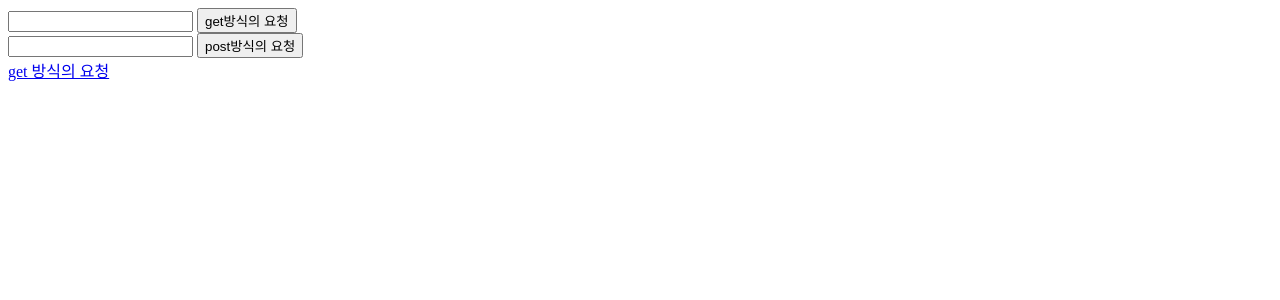
Repository: kimwoongasd/JSPAndServlet
Page: http://localhost/day1222/
The author's editor kept a copy of each file at every save. The page is drawn from the files as they stood at one save, then again after the next save.
The browser window is 1280 px wide. The pictures show the whole page.
The page is served by Tomcat 9. Other server files are loaded and not shown.

Above is the page before, as saved 2023-12-22 06:48:34.

### day1222/src/main/webapp/index.jsp
<%@ page language="java" contentType="text/html; charset=UTF-8"
    pageEncoding="UTF-8"%>
<!DOCTYPE html>
<html>
<head>
<meta charset="UTF-8">
<title>Insert title here</title>
</head>
<body>
	<form action="hello" method="get">
		<input type="text" name="title">
		<input type="submit" value="get방식의 요청">
	</form>
	<form action="hello" method="post">
		<input type="text" name="title">
		<input type="submit" value="post방식의 요청">
	</form>
	<!-- 쿼리스트링으로 값을 전달할 수도 있다 -->
	<a href="hello?title=hello">get 방식의 요청</a>
</body>
</html>

After the next save:
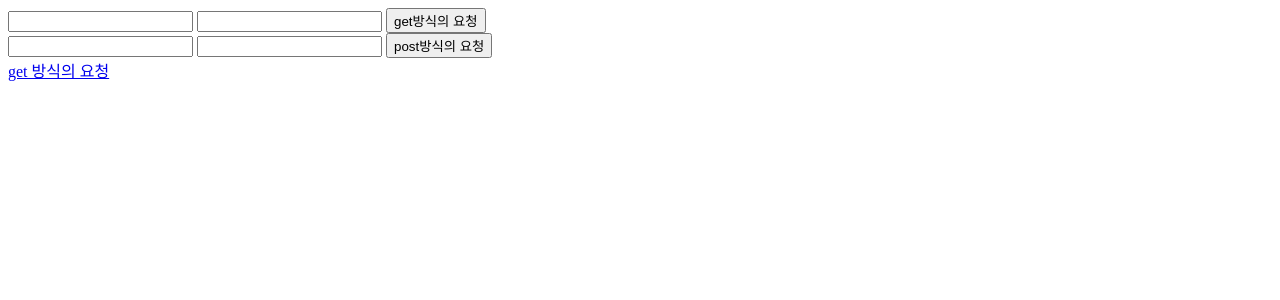
Saved 29 s later.
--- a/day1222/src/main/webapp/index.jsp
+++ b/day1222/src/main/webapp/index.jsp
@@ -9,13 +9,15 @@
 <body>
 	<form action="hello" method="get">
 		<input type="text" name="title">
+		<input type="text" name="year">
 		<input type="submit" value="get방식의 요청">
 	</form>
 	<form action="hello" method="post">
 		<input type="text" name="title">
+		<input type="text" name="year">
 		<input type="submit" value="post방식의 요청">
 	</form>
 	<!-- 쿼리스트링으로 값을 전달할 수도 있다 -->
-	<a href="hello?title=hello">get 방식의 요청</a>
+	<a href="hello?title=hello?year=2024">get 방식의 요청</a>
 </body>
 </html>
